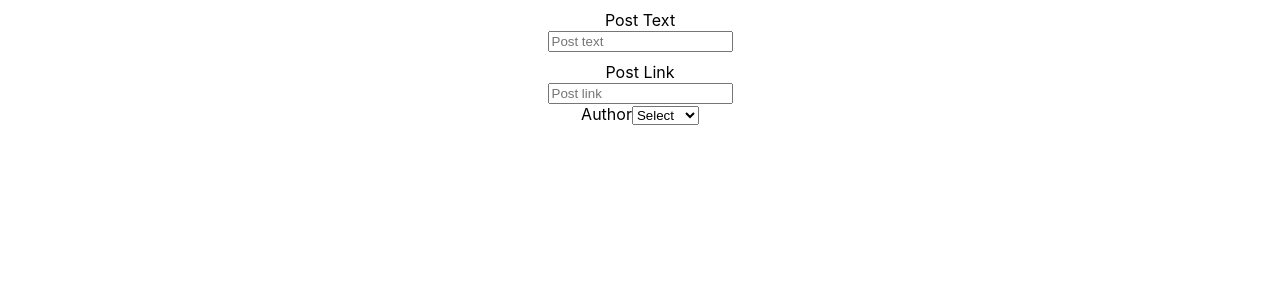
Repository: andbilous/cursor-redux
Page: /
An editor plug-in stored every save of this project. The page is shown before and after the next save, followed by the edit.
The browser window is 1280 px wide. The pictures show the whole page.
The project was rebuilt for these pictures with package versions that can differ from the ones it lists, and the page was loaded fresh each time.

Above is the page before, as saved 2020-04-25 12:58:50.

### src/App.js
import React from 'react';
import './App.css';
import { Provider } from 'react-redux';
import { store } from './redux/store';
import Form from './containers/Form';

function App() {
  return (
    <Provider store={store}>
    <div className="App">
      <Form/>
    </div>
    </Provider>
  );
}

export default App;

### src/redux/store.js
import { applyMiddleware, createStore } from 'redux';
import logger from 'redux-logger';

import { rootReducer } from './rootReducer';

const middleware = [logger];

export const store = createStore(rootReducer, applyMiddleware(...middleware));

### src/containers/Form.jsx
import React from 'react';
import { Col, Form, FormGroup, Label, Input,CustomInput } from 'reactstrap';

const FormContainer = () => {
  return (
    <Form>
    <FormGroup row style={style.row}>
      <Label for="exampleEmail" sm={2} size="lg">Post Text</Label>
      <Col sm={10}>
        <Input type="text" name="text" id="postText" placeholder="Post text" bsSize="lg" />
      </Col>
    </FormGroup>
    <FormGroup row style={style.row}>
      <Label for="exampleEmail2" sm={2}>Post Link</Label>
      <Col sm={10}>
      <Input type="text" name="link" id="postLink" placeholder="Post link" bsSize="lg" />
      </Col>
    </FormGroup>
    <FormGroup>
        <Label for="exampleCustomSelect">Author</Label>
        <CustomInput type="select" id="exampleCustomSelect" name="customSelect">
          <option value="">Select</option>
          <option>Value 1</option>
          <option>Value 2</option>
          <option>Value 3</option>
          <option>Value 4</option>
          <option>Value 5</option>
        </CustomInput>
      </FormGroup>
  </Form>)
}

const style={
  row:{
    marginTop: '10px'
  }
}

export default FormContainer;

### src/redux/rootReducer.js
import { combineReducers } from 'redux';
import postsReducer from './posts/reducer';

export const rootReducer = combineReducers({
  postsReducer
});

### src/redux/posts/reducer.js


// <Post author={{
//   name: "Anakin skywalker",
//   photo: ANAKIN_IMAGE,
//   nickname: "@dart_vader"
// }}
// content="WTF? Who is Ray? Why she is Skywalker? Luke...?"
// image={RAY_IMAGE}
// date={"26 февр."}

const initialState = {
    posts:[
      {
        name:'Anakin skywalker1',
        photo: 'https://upload.wikimedia.org/wikipedia/en/thumb/7/74/Anakin-Jedi.jpg/220px-Anakin-Jedi.jpg',
        nickname: "@dart_vader1",
        content:"WTF? Who is Ray? Why she is Skywalker1? Luke...?",
        date:"22 февр.",
        image:'https://specials-images.forbesimg.com/imageserve/5e63b3c8e1e617000759130e/960x0.jpg?fit=scale'
      },
      {
        name:'Anakin skywalker2',
        photo: 'https://upload.wikimedia.org/wikipedia/en/thumb/7/74/Anakin-Jedi.jpg/220px-Anakin-Jedi.jpg',
        nickname: "@dart_vader2",
        content:"WTF? Who is Ray? Why she is Skywalker2? Luke...?",
        date:"13 февр.",
        image:'https://specials-images.forbesimg.com/imageserve/5e63b3c8e1e617000759130e/960x0.jpg?fit=scale'
      },
      {
        name:'Anakin skywalker3',
        photo: 'https://upload.wikimedia.org/wikipedia/en/thumb/7/74/Anakin-Jedi.jpg/220px-Anakin-Jedi.jpg',
        nickname: "@dart_vader3",
        content:"WTF? Who is Ray? Why she is Skywalker3? Luke...?",
        date:"26 февр.",
        image:'https://specials-images.forbesimg.com/imageserve/5e63b3c8e1e617000759130e/960x0.jpg?fit=scale'
      },
    ]
}

const postsReducer = (state = initialState, action) => {
  switch (action.type) {

    default:
      return state;
  }
};

export default postsReducer;

Loaded but not shown: public/index.html (common file); src/index.js (common file); src/index.css (common file); src/serviceWorker.js (common file); src/App.css (common file)

After the next save:
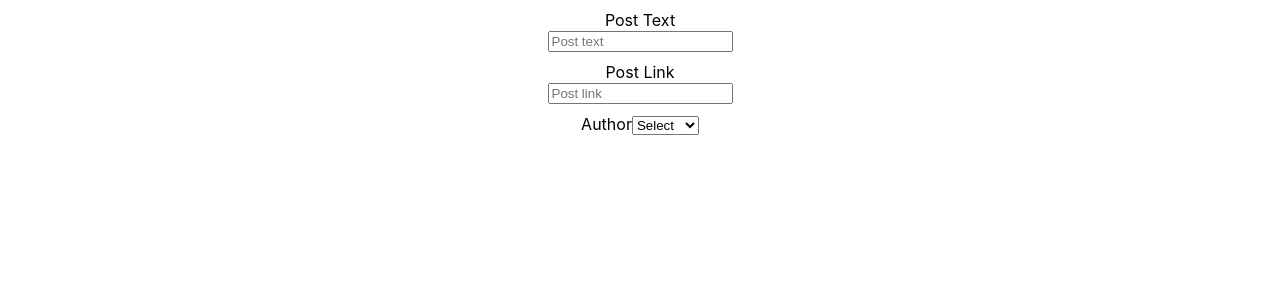
Saved 7 s later.
--- a/src/containers/Form.jsx
+++ b/src/containers/Form.jsx
@@ -16,7 +16,7 @@ const FormContainer = () => {
       <Input type="text" name="link" id="postLink" placeholder="Post link" bsSize="lg" />
       </Col>
     </FormGroup>
-    <FormGroup>
+    <FormGroup style={style.row}>
         <Label for="exampleCustomSelect">Author</Label>
         <CustomInput type="select" id="exampleCustomSelect" name="customSelect">
           <option value="">Select</option>
